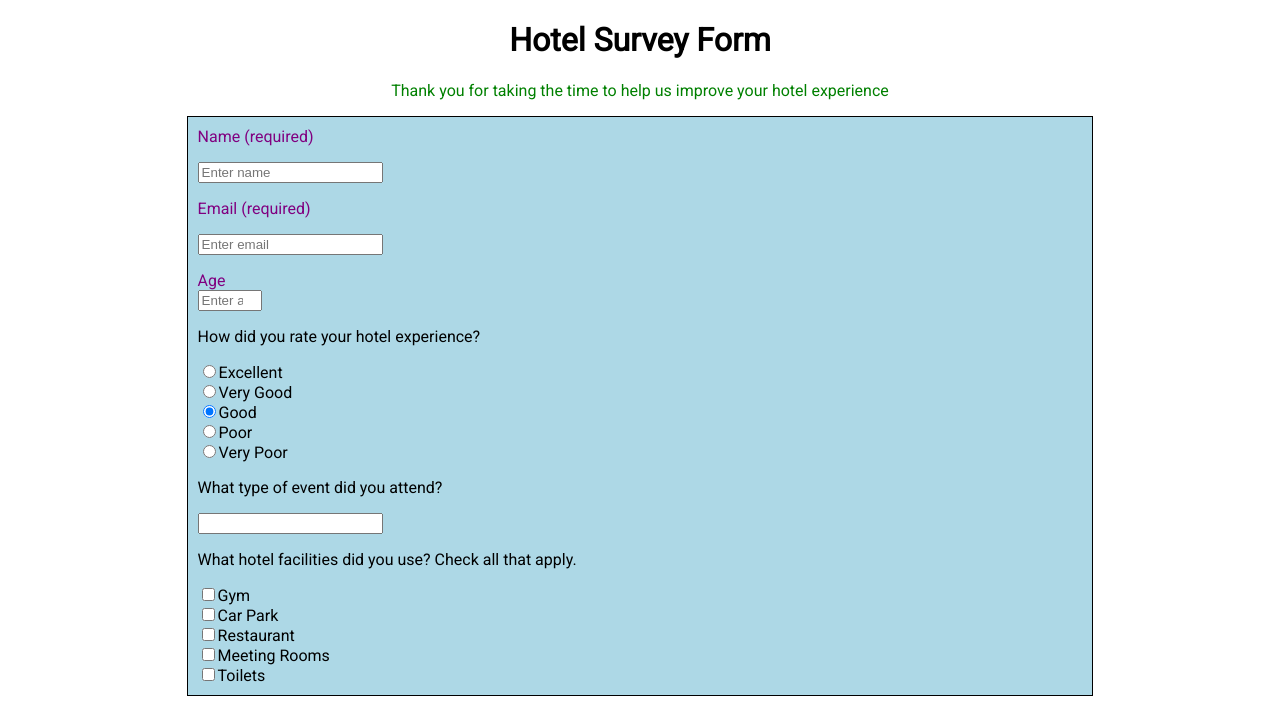
Repository: derektypist/survey-form
Page: index.html
The author's editor kept a record of every edit. The page is drawn from the files as they stood at one moment, then again after the next edit.
The browser window is 1280 px wide. The pictures show the whole page.

Above is the page before.

After the next edit:
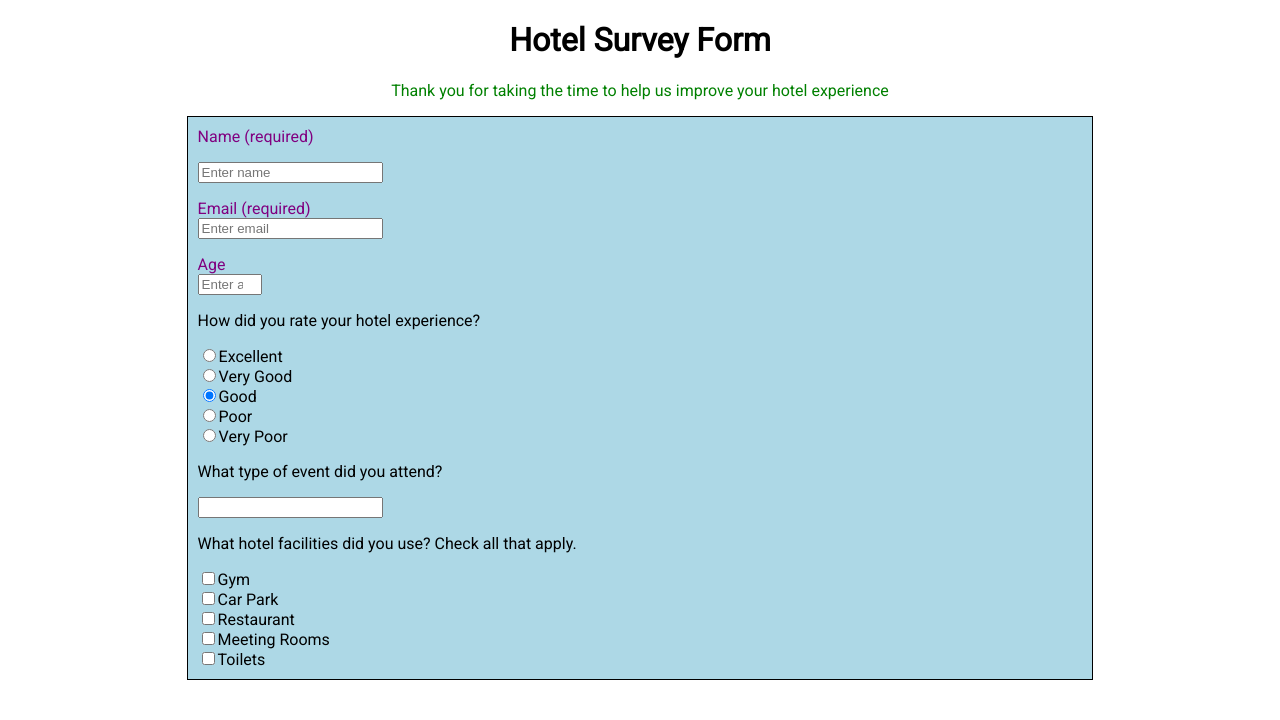
The edit:
--- a/index.html
+++ b/index.html
@@ -67,7 +67,7 @@
 
                 <!-- Set up Email Field -->
                 <label for="email" id="email-label">Email (required)</label>
-                <p></p>
+                <br>
                 <input type="email" id="email" placeholder="Enter email" name="email" required />
                 <p></p>
 
